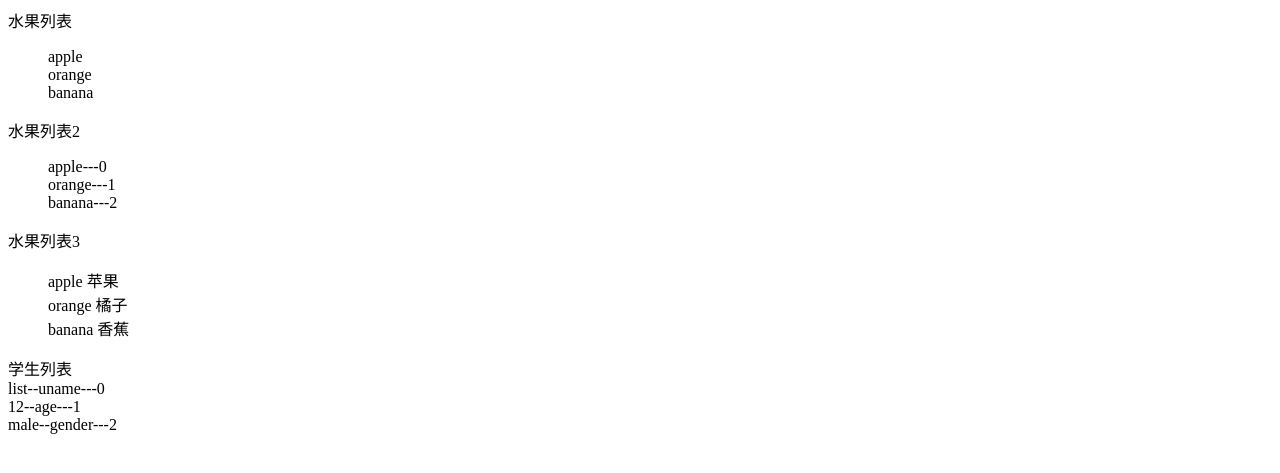
Repository: chenguocan/Vue_demo_1
Page: 循环结构.html
The author's editor kept a copy of each file at every save. The page is drawn from the files as they stood at one save, then again after a run of saves.
The browser window is 1280 px wide. The pictures show the whole page.

Above is the page before, as saved 2020-07-20 16:05:59.

After the next 2 saves:
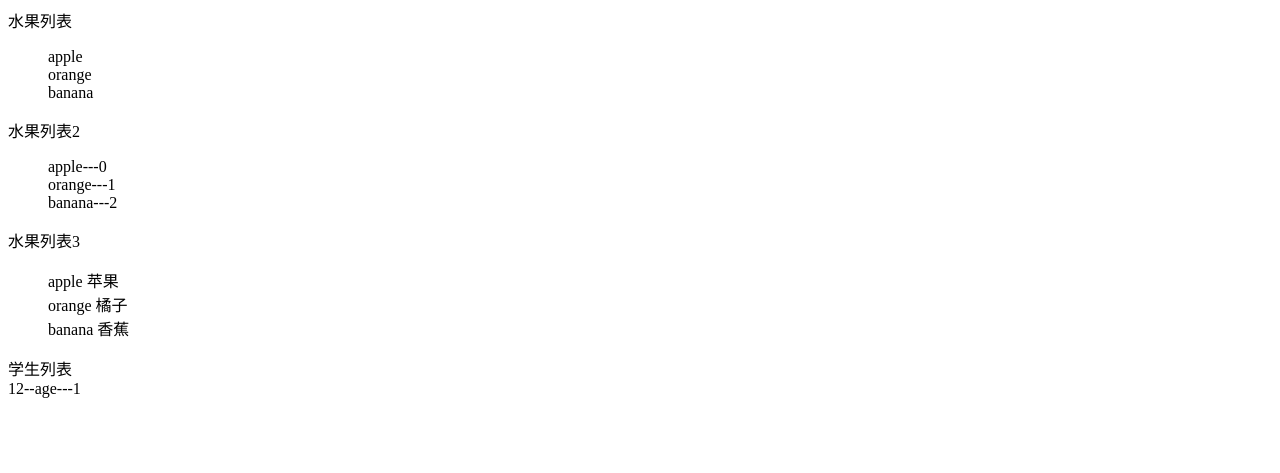
The 2 saves are shown as one change because they came seconds apart.
The last was saved 47 s later.
--- a/循环结构.html
+++ b/循环结构.html
@@ -28,7 +28,7 @@
         </li>
       </ul>
       <div>学生列表</div>
-      <div v-for="(value,key,index) in obj">
+      <div v-if="value==12" v-for="(value,key,index) in obj">
         <li>{{value+"--"+key+"---"+index}}</li>
       </div>
     </div>
